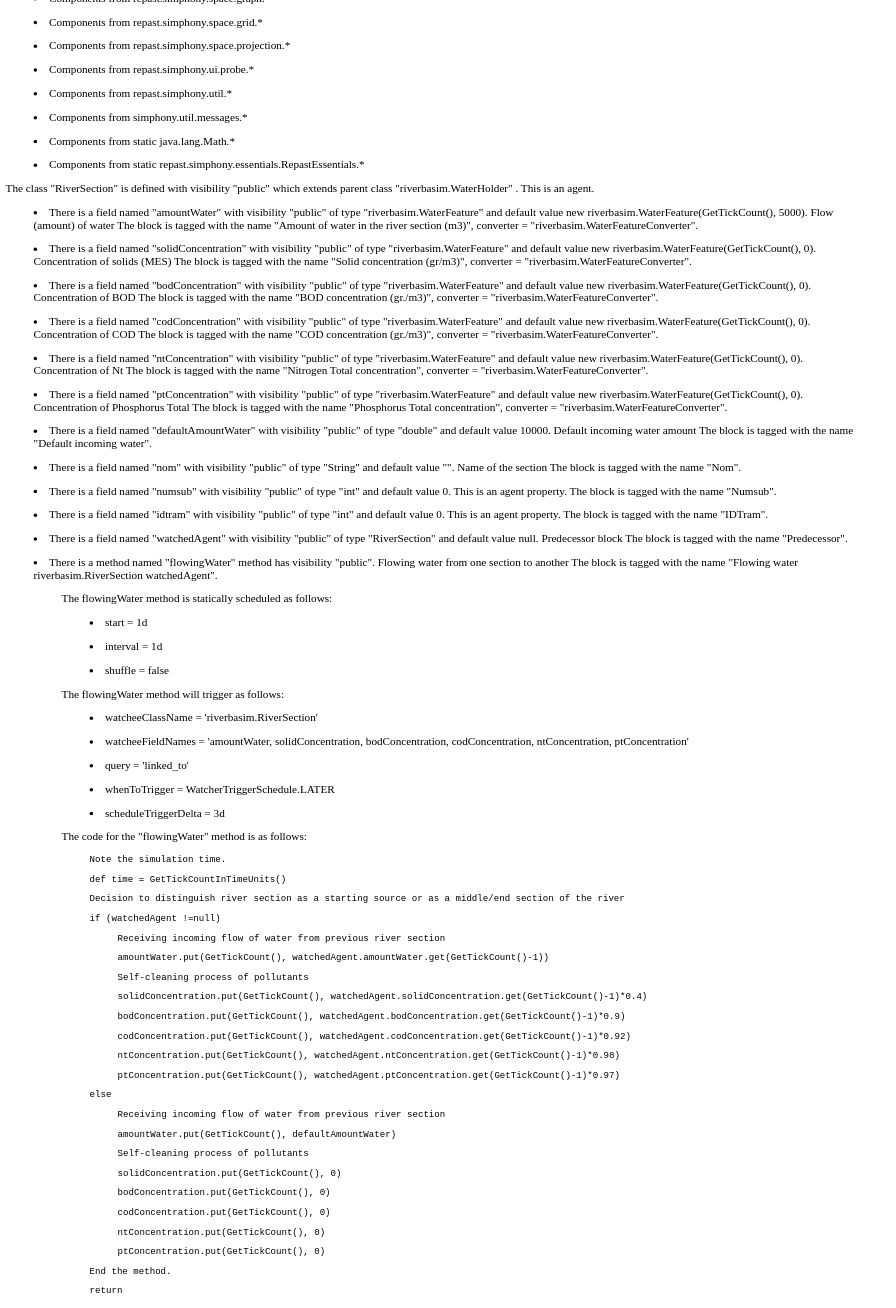
Repository: kemlg/RiverBaSim
Page: RiverBaSim/docs/.RiverSection.html
These files come from the project's save history. The page is drawn as it stood at one moment and after the next save; the edit follows.
The browser window is 1280 px wide. The pictures show the part of the page from y = 1141 to 3061 px (the page is 3009 px tall before and 3061 px after), at 70% of full size.

Above is the page before, as saved 2013-07-20 19:16:28.

### RiverBaSim/docs/.RiverSection.html
<HTML><FONT FACE=Arial, Verdana, Sans><TITLE>RiverSection.agent</TITLE><BODY><STYLE TYPE="text/css"><!--.centeralign <BLOCKQUOTE>text-align:center</BLOCKQUOTE>--></STYLE><HEAD><P CLASS="centeralign">RiverSection.agent</P></HEAD>The package name is "bin.riverbasim".</p>
The following external code is referenced:<BLOCKQUOTE></p>
<li>Components from java.io.*</li></p>
<li>Components from java.math.*</li></p>
<li>Components from java.util.*</li></p>
<li>Components from javax.measure.unit.*</li></p>
<li>Components from org.jscience.mathematics.number.*</li></p>
<li>Components from org.jscience.mathematics.vector.*</li></p>
<li>Components from org.jscience.physics.amount.*</li></p>
<li>Components from repast.simphony.adaptation.neural.*</li></p>
<li>Components from repast.simphony.adaptation.regression.*</li></p>
<li>Components from repast.simphony.context.*</li></p>
<li>Components from repast.simphony.context.space.continuous.*</li></p>
<li>Components from repast.simphony.context.space.gis.*</li></p>
<li>Components from repast.simphony.context.space.graph.*</li></p>
<li>Components from repast.simphony.context.space.grid.*</li></p>
<li>Components from repast.simphony.engine.environment.*</li></p>
<li>Components from repast.simphony.engine.schedule.*</li></p>
<li>Components from repast.simphony.engine.watcher.*</li></p>
<li>Components from repast.simphony.groovy.math.*</li></p>
<li>Components from repast.simphony.integration.*</li></p>
<li>Components from repast.simphony.matlab.link.*</li></p>
<li>Components from repast.simphony.query.*</li></p>
<li>Components from repast.simphony.query.space.continuous.*</li></p>
<li>Components from repast.simphony.query.space.gis.*</li></p>
<li>Components from repast.simphony.query.space.graph.*</li></p>
<li>Components from repast.simphony.query.space.grid.*</li></p>
<li>Components from repast.simphony.query.space.projection.*</li></p>
<li>Components from repast.simphony.parameter.*</li></p>
<li>Components from repast.simphony.random.*</li></p>
<li>Components from repast.simphony.space.continuous.*</li></p>
<li>Components from repast.simphony.space.gis.*</li></p>
<li>Components from repast.simphony.space.graph.*</li></p>
<li>Components from repast.simphony.space.grid.*</li></p>
<li>Components from repast.simphony.space.projection.*</li></p>
<li>Components from repast.simphony.ui.probe.*</li></p>
<li>Components from repast.simphony.util.*</li></p>
<li>Components from simphony.util.messages.*</li></p>
<li>Components from static java.lang.Math.*</li></p>
<li>Components from static repast.simphony.essentials.RepastEssentials.*</li></p>
</BLOCKQUOTE><P></p>
The class "RiverSection" is defined with visibility "public" which extends parent class "riverbasim.WaterHolder" . This is an agent.</p>
 <BLOCKQUOTE></p>
</p>
    <li>There is a field named "amountWater" with visibility "public" of type "riverbasim.WaterFeature" and default value new riverbasim.WaterFeature(GetTickCount(), 5000). Flow (amount) of water The block is tagged with the name "Amount of water in the river section (m3)", converter = "riverbasim.WaterFeatureConverter".</li></p>
</p>
    <li>There is a field named "solidConcentration" with visibility "public" of type "riverbasim.WaterFeature" and default value new riverbasim.WaterFeature(GetTickCount(), 0). Concentration of solids (MES) The block is tagged with the name "Solid concentration (gr/m3)", converter = "riverbasim.WaterFeatureConverter".</li></p>
</p>
    <li>There is a field named "bodConcentration" with visibility "public" of type "riverbasim.WaterFeature" and default value new riverbasim.WaterFeature(GetTickCount(), 0). Concentration of BOD The block is tagged with the name "BOD concentration (gr./m3)", converter = "riverbasim.WaterFeatureConverter".</li></p>
</p>
    <li>There is a field named "codConcentration" with visibility "public" of type "riverbasim.WaterFeature" and default value new riverbasim.WaterFeature(GetTickCount(), 0). Concentration of COD The block is tagged with the name "COD concentration (gr./m3)", converter = "riverbasim.WaterFeatureConverter".</li></p>
</p>
    <li>There is a field named "ntConcentration" with visibility "public" of type "riverbasim.WaterFeature" and default value new riverbasim.WaterFeature(GetTickCount(), 0). Concentration of Nt The block is tagged with the name "Nitrogen Total concentration", converter = "riverbasim.WaterFeatureConverter".</li></p>
</p>
    <li>There is a field named "ptConcentration" with visibility "public" of type "riverbasim.WaterFeature" and default value new riverbasim.WaterFeature(GetTickCount(), 0). Concentration of Phosphorus Total The block is tagged with the name "Phosphorus Total concentration", converter = "riverbasim.WaterFeatureConverter".</li></p>
</p>
    <li>There is a field named "defaultAmountWater" with visibility "public" of type "double" and default value 10000. Default incoming water amount The block is tagged with the name "Default incoming water".</li></p>
</p>
    <li>There is a field named "nom" with visibility "public" of type "String" and default value "". Name of the section The block is tagged with the name "Nom".</li></p>
</p>
    <li>There is a field named "numsub" with visibility "public" of type "int" and default value 0. This is an agent property. The block is tagged with the name "Numsub".</li></p>
</p>
    <li>There is a field named "idtram" with visibility "public" of type "int" and default value 0. This is an agent property. The block is tagged with the name "IDTram".</li></p>
</p>
    <li>There is a field named "watchedAgent" with visibility "public" of type "RiverSection" and default value null. Predecessor block The block is tagged with the name "Predecessor".</li></p>
</p>
    </p>
    </p>
        <li>There is a method named "flowingWater" method has visibility     "public". Flowing water from one section to another The block is tagged with the name "Flowing water riverbasim.RiverSection watchedAgent".</li></p>
    </p>
    </p>
    <BLOCKQUOTE>The flowingWater method is statically scheduled as follows:<BLOCKQUOTE></p>
        <li>start = 1d</li></p>
        <li>interval = 1d</li></p>
        <li>shuffle = false</li></p>
    </BLOCKQUOTE></BLOCKQUOTE></p>
    <BLOCKQUOTE>The flowingWater method will trigger as follows:<BLOCKQUOTE></p>
        <li>watcheeClassName = 'riverbasim.RiverSection'</li></p>
        <li>watcheeFieldNames = 'amountWater, solidConcentration, bodConcentration, codConcentration, ntConcentration, ptConcentration'</li></p>
        <li>query = 'linked_to'</li></p>
        <li>whenToTrigger = WatcherTriggerSchedule.LATER</li></p>
        <li>scheduleTriggerDelta = 3d</li></p>
    </BLOCKQUOTE></BLOCKQUOTE></p>
 <BLOCKQUOTE>The code for the "flowingWater" method is as follows:<BLOCKQUOTE><CODE></p>
</p>
</p>
         Note the simulation time.</p>
        def time = GetTickCountInTimeUnits()</p>
</p>
</p>
         Decision to distinguish river section as a starting source or as a middle/end section of the river</p>
        if (watchedAgent !=null) <BLOCKQUOTE></p>
</p>
             Receiving incoming flow of water from previous river section</p>
            amountWater.put(GetTickCount(), watchedAgent.amountWater.get(GetTickCount()-1))</p>
             Self-cleaning process of pollutants</p>
            solidConcentration.put(GetTickCount(), watchedAgent.solidConcentration.get(GetTickCount()-1)*0.4)</p>
            bodConcentration.put(GetTickCount(), watchedAgent.bodConcentration.get(GetTickCount()-1)*0.9)</p>
            codConcentration.put(GetTickCount(), watchedAgent.codConcentration.get(GetTickCount()-1)*0.92)</p>
            ntConcentration.put(GetTickCount(), watchedAgent.ntConcentration.get(GetTickCount()-1)*0.98)</p>
            ptConcentration.put(GetTickCount(), watchedAgent.ptConcentration.get(GetTickCount()-1)*0.97)</p>
</p>
        </BLOCKQUOTE> else  <BLOCKQUOTE></p>
</p>
             Receiving incoming flow of water from previous river section</p>
            amountWater.put(GetTickCount(), defaultAmountWater)</p>
             Self-cleaning process of pollutants</p>
            solidConcentration.put(GetTickCount(), 0)</p>
            bodConcentration.put(GetTickCount(), 0)</p>
            codConcentration.put(GetTickCount(), 0)</p>
            ntConcentration.put(GetTickCount(), 0)</p>
            ptConcentration.put(GetTickCount(), 0)</p>
</p>
        </BLOCKQUOTE></p>
         End the method.</p>
        return</p>
</p>
    </BLOCKQUOTE></BLOCKQUOTE></CODE></p>
</p>
</p>
</p>
</BLOCKQUOTE></p>
</p>
</BODY></HTML>

After the next save:
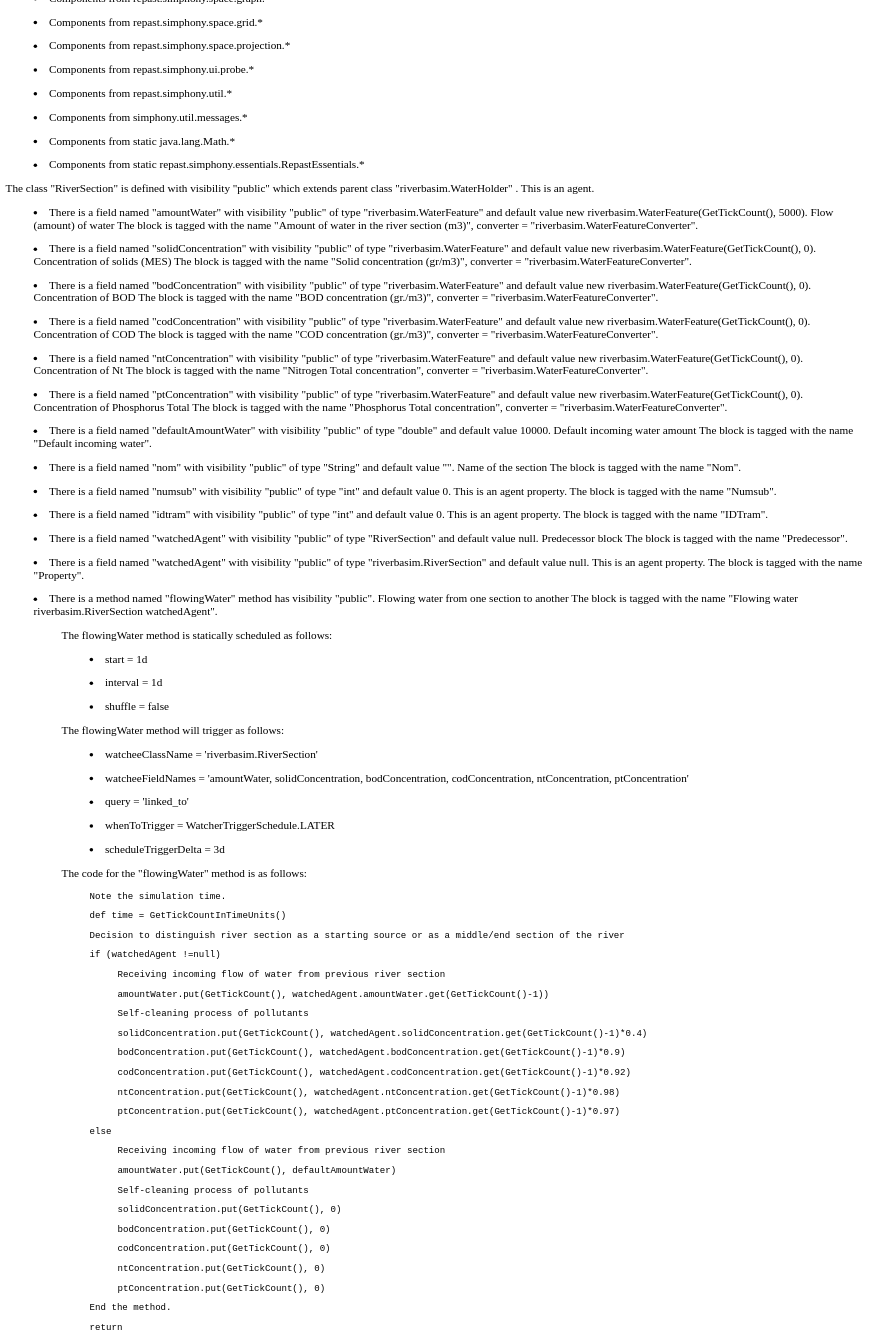
Saved 10 s later.
--- a/RiverBaSim/docs/.RiverSection.html
+++ b/RiverBaSim/docs/.RiverSection.html
@@ -64,6 +64,8 @@ The class "RiverSection" is defined with visibility "public" which extends paren
 </p>
     <li>There is a field named "watchedAgent" with visibility "public" of type "RiverSection" and default value null. Predecessor block The block is tagged with the name "Predecessor".</li></p>
 </p>
+    <li>There is a field named "watchedAgent" with visibility "public" of type "riverbasim.RiverSection" and default value null. This is an agent property. The block is tagged with the name "Property".</li></p>
+</p>
     </p>
     </p>
         <li>There is a method named "flowingWater" method has visibility     "public". Flowing water from one section to another The block is tagged with the name "Flowing water riverbasim.RiverSection watchedAgent".</li></p>
